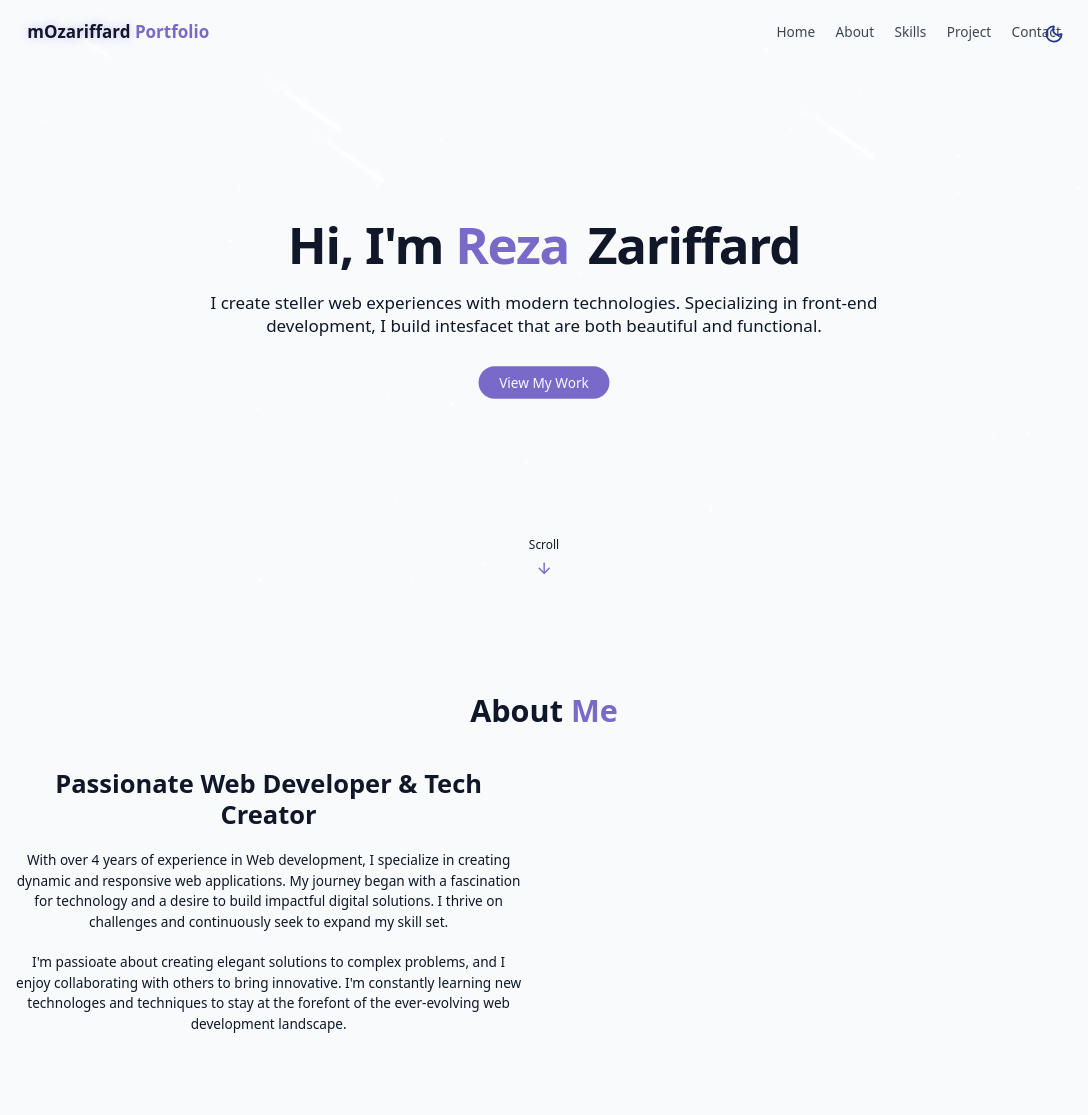
Repository: mOzariffard/Portfolio
Page: /
The author's editor kept a copy of each file at every save. The page is drawn from the files as they stood at one save, then again after the next save.
The browser window is 1280 px wide. The pictures show the whole page, at 85% of full size.
The project was rebuilt for these pictures with package versions that can differ from the ones it lists, and the page was loaded fresh each time. Also part of the build but not shown: vite.config.js, src/pages/NotFound.jsx.

Above is the page before, as saved 2025-06-29 14:40:14.

After the next save:
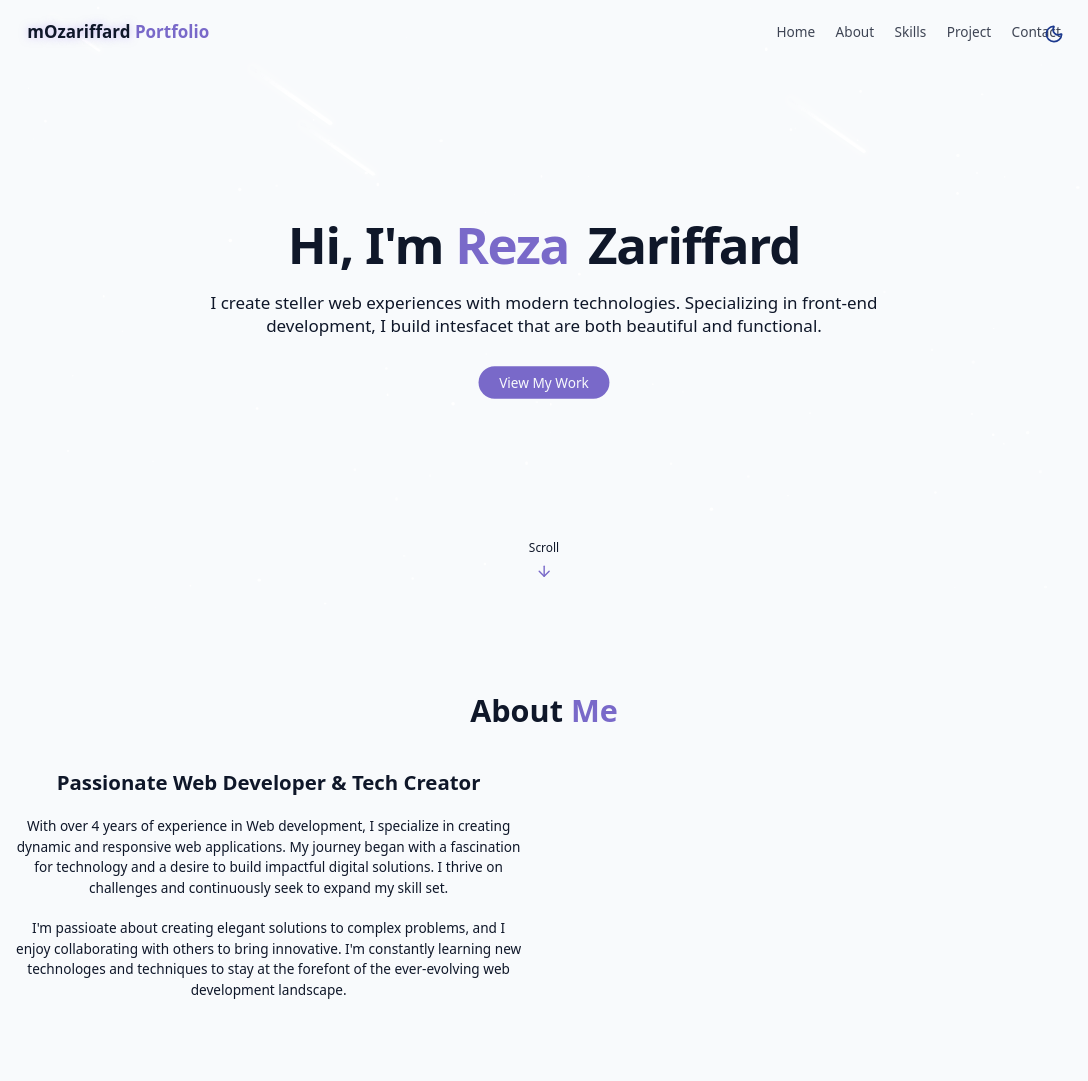
Saved 28 s later.
--- a/src/components/AboutSection.jsx
+++ b/src/components/AboutSection.jsx
@@ -11,7 +11,7 @@ const AboutSection = () => {
 
       <div className='grid grid-cols-1 md:grid-cols-2 gap-12 items-center'>
         <div className='space-y-6'>
-          <h3 className='text-2xl md:text-3xl font-semibold'>
+          <h3 className='text-2xl font-semibold'>
             Passionate Web Developer & Tech Creator
           </h3>
 
